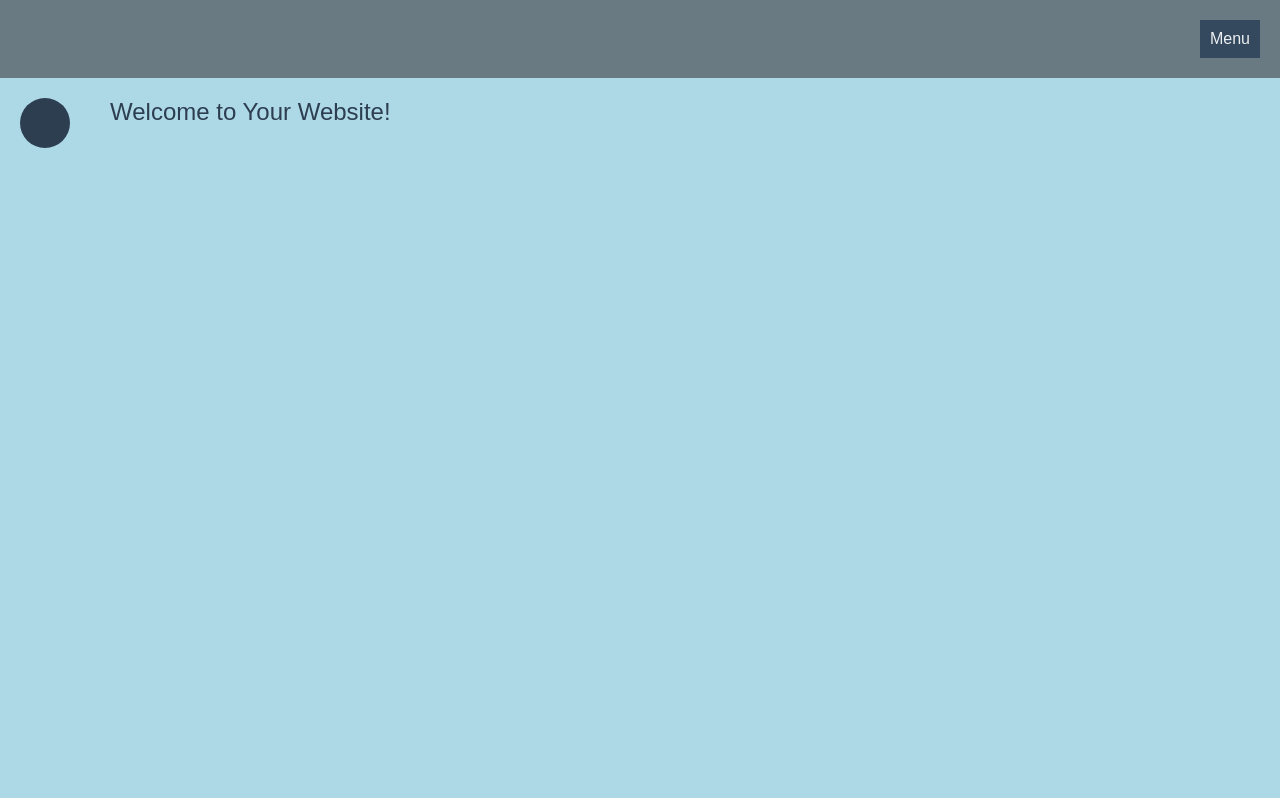
Repository: bliuzley13/Website_Portfolio
Page: Website_Portfolio/index.html
These files come from the project's save history. The page is drawn as it stood at one moment and after the next save; the edit follows.
The browser window is 1280 px wide. The pictures show the whole page.

Above is the page before, as saved 2024-02-05 17:13:32.

### Website_Portfolio/index.html
<!DOCTYPE html>
<html lang="en">
<head>
    <meta charset="UTF-8">
    <meta name="viewport" content="width=device-width, initial-scale=1.0">
    <title>Your Website</title>
    <style>
        body {
            margin: 0;
            padding: 0;
            font-family: Arial, sans-serif;
            background-color: #add8e6; /* Light blue background color */
            overflow: hidden;
        }

        #header {
            background-color: #6a7a83; /* Darker blue for the header */
            padding: 20px;
            color: #ecf0f1; /* Light text color */
            display: flex;
            align-items: center;
            justify-content: flex-end; /* Align elements to the right */
        }

        #menu-btn {
            margin-left: 20px;
            padding: 10px;
            background-color: #34495e; /* Darker blue for the menu button */
            color: #ecf0f1;
            cursor: pointer;
        }

        #menu {
            display: none;
            position: absolute;
            top: 70px;
            right: 20px;
            background-color: #2c3e50; /* Darker blue for the subboxes */
            padding: 10px;
            border-radius: 5px;
        }

        .menu-item {
            margin-bottom: 10px;
            color: #ecf0f1;
            cursor: pointer;
        }

        #content {
            display: flex;
            height: 100vh;
            overflow: hidden;
        }

        #icon {
            width: 50px;
            height: 50px;
            background-color: #2c3e50; /* Darker blue for the icon background */
            margin: 20px;
            border-radius: 50%;
        }

        #main-container {
            flex: 1;
            padding: 20px;
            overflow-y: auto;
            color: #2c3e50; /* Darker blue for the main content text color */
        }

        #welcome-animation {
            font-size: 24px;
            color: #2c3e50; /* Darker blue for the welcome text color */
            animation: fadeIn 2s ease-in-out;
        }

        @keyframes fadeIn {
            0% { opacity: 0; }
            100% { opacity: 1; }
        }
    </style>
    <script>
        document.addEventListener('DOMContentLoaded', function() {
            var menuBtn = document.getElementById('menu-btn');
            var menu = document.getElementById('menu');

            menuBtn.addEventListener('click', function() {
                if (menu.style.display === 'none' || menu.style.display === '') {
                    menu.style.display = 'block';
                } else {
                    menu.style.display = 'none';
                }
            });
        });
    </script>
</head>
<body>
    <div id="header">
        <div id="menu-btn">Menu</div>
        <div id="menu">
            <div class="menu-item">Home</div>
            <div class="menu-item">About</div>
            <div class="menu-item">Projects</div>
            <div class="menu-item">Contact</div>
        </div>
    </div>

    <div id="content">
        <div id="icon"></div>
        <div id="main-container">
            <div id="welcome-animation">Welcome to Your Website!</div>
            <!-- Add your content here -->
        </div>
    </div>
</body>
</html>

After the next save:
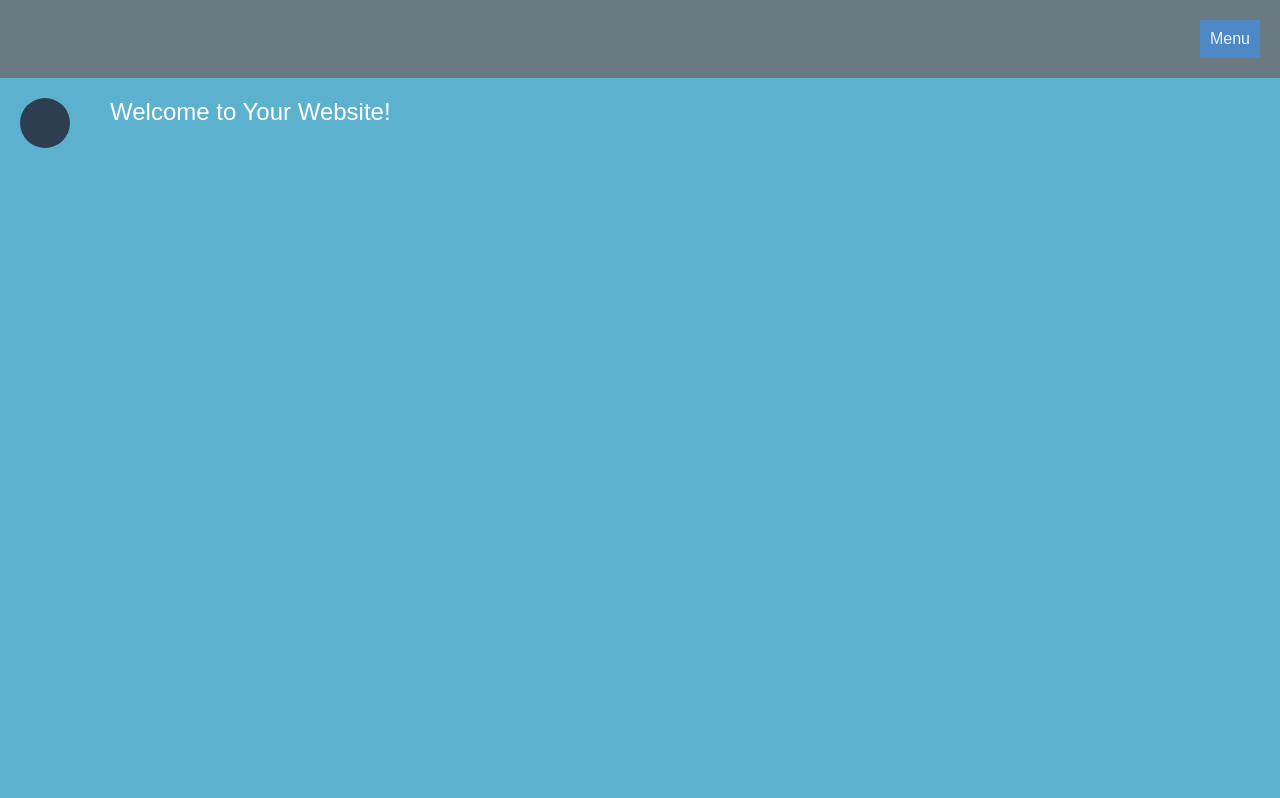
Saved 55 s later.
--- a/Website_Portfolio/index.html
+++ b/Website_Portfolio/index.html
@@ -9,7 +9,7 @@
             margin: 0;
             padding: 0;
             font-family: Arial, sans-serif;
-            background-color: #add8e6; /* Light blue background color */
+            background-color: #5cb2ce; /* Light blue background color */
             overflow: hidden;
         }
 
@@ -25,7 +25,7 @@
         #menu-btn {
             margin-left: 20px;
             padding: 10px;
-            background-color: #34495e; /* Darker blue for the menu button */
+            background-color: #4c89c6; /* Darker blue for the menu button */
             color: #ecf0f1;
             cursor: pointer;
         }
@@ -64,12 +64,12 @@
             flex: 1;
             padding: 20px;
             overflow-y: auto;
-            color: #2c3e50; /* Darker blue for the main content text color */
+            color: #ffffff; /* Darker blue for the main content text color */
         }
 
         #welcome-animation {
             font-size: 24px;
-            color: #2c3e50; /* Darker blue for the welcome text color */
+            color: #ffffff; /* Darker blue for the welcome text color */
             animation: fadeIn 2s ease-in-out;
         }
 
